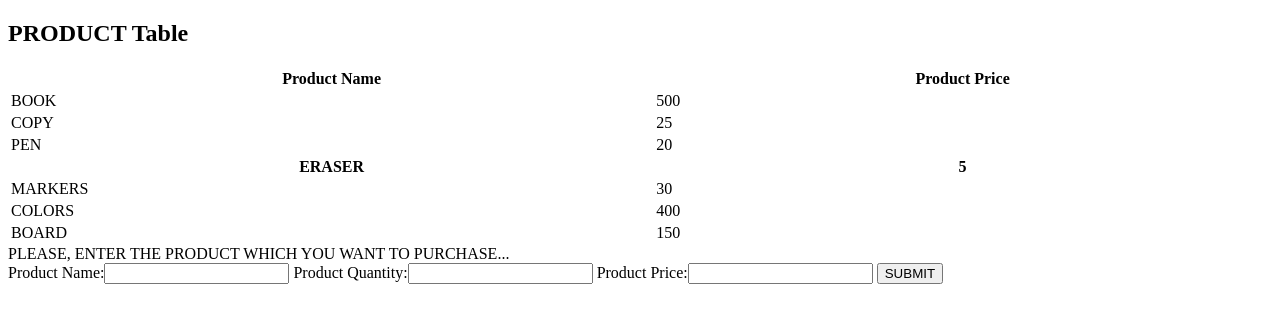
Repository: Muskan-Garg696/muskan_training
Page: WebApplicationProject1/CheckAge/WebContent/Home.html
These files come from the project's save history. The page is drawn as it stood at one moment and after the next save; the edit follows.
The browser window is 1280 px wide. The pictures show the whole page.

Above is the page before, as saved 2019-09-06 10:32:25.

After the next save:
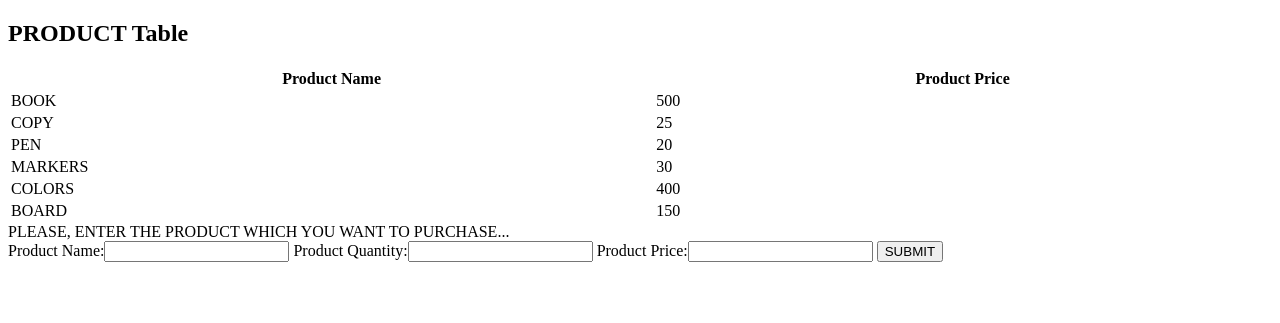
Saved 35 s later.
--- a/WebApplicationProject1/CheckAge/WebContent/Home.html
+++ b/WebApplicationProject1/CheckAge/WebContent/Home.html
@@ -29,11 +29,7 @@
 
     <td>20</td>
   </tr>
-   <tr>
-    <th>ERASER</th>
 
-    <th>5</th>
-  </tr>
   <tr>
     <td>MARKERS</td>
 
